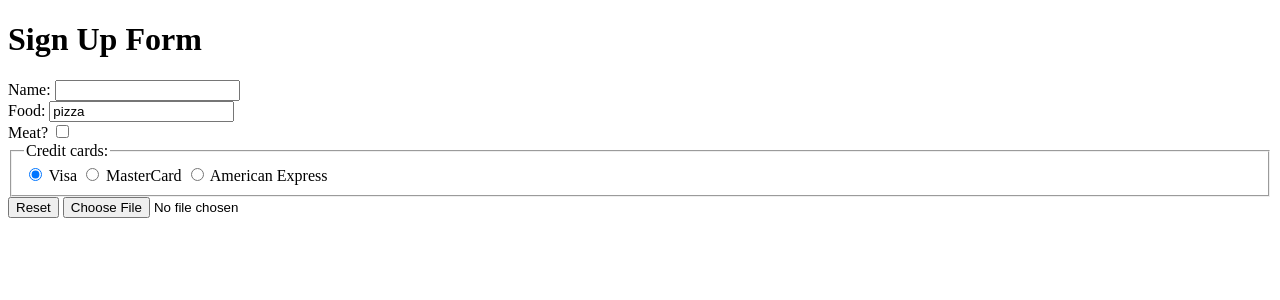
Repository: FWBMKII/csc207
Page: cnmb/cnmb.html
These files come from the project's save history. The page is drawn as it stood at one moment and after a run of saves; the edit follows.
The browser window is 1280 px wide. The pictures show the whole page.

Above is the page before, as saved 2015-04-27 14:23:12.

### cnmb/cnmb.html
<!DOCTYPE html PUBLIC "-//W3C//DTD HTML 4.01 Transitional//EN" "http://www.w3.org/TR/html4/loose.dtd">
<html>
<head>
<meta http-equiv="Content-Type" content="text/html; charset=UTF-8">
<title>（╯‵□′）╯︵┴─┴</title>
</head>
<body>
	<h1>Sign Up Form</h1>
	<form action="http://www.google.com/search">
	Name: <input type="text" name="name" /> <br/>
	Food: <input type="text" name="meal" value="pizza" />
	<br/>
	<label>Meat? <input type="checkbox" name="meat" /></label>
	<br/>
	<fieldset>
		<legend>Credit cards:</legend>
		<input type="radio" name="cc" value="visa" checked="checked" /> Visa
		<input type="radio" name="cc" value="mastercard" /> MasterCard
		<input type="radio" name="cc" value="amex" /> American Express
	</fieldset>
	<input type="reset" />
	<input type="file" name="avatar" />
	</form>
</body>
</html>

After the next 2 saves:
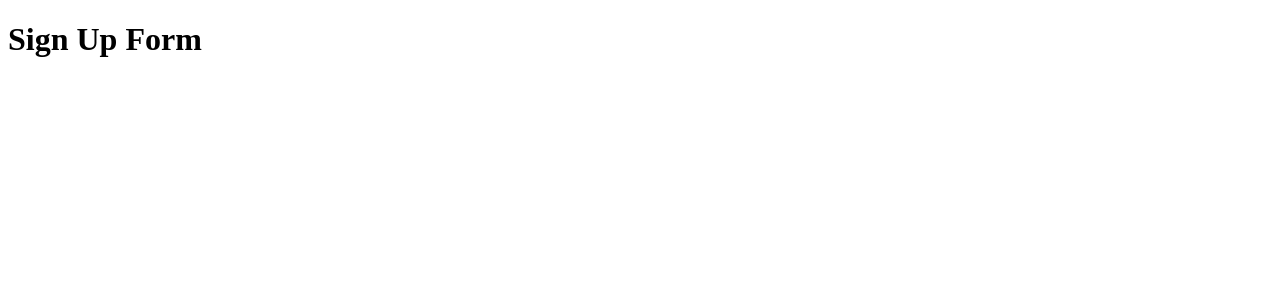
The 2 saves are shown as one change because they came seconds apart.
The last was saved 4 h 57 min later.
--- a/cnmb/cnmb.html
+++ b/cnmb/cnmb.html
@@ -6,20 +6,8 @@
 </head>
 <body>
 	<h1>Sign Up Form</h1>
-	<form action="http://www.google.com/search">
-	Name: <input type="text" name="name" /> <br/>
-	Food: <input type="text" name="meal" value="pizza" />
-	<br/>
-	<label>Meat? <input type="checkbox" name="meat" /></label>
-	<br/>
-	<fieldset>
-		<legend>Credit cards:</legend>
-		<input type="radio" name="cc" value="visa" checked="checked" /> Visa
-		<input type="radio" name="cc" value="mastercard" /> MasterCard
-		<input type="radio" name="cc" value="amex" /> American Express
-	</fieldset>
-	<input type="reset" />
-	<input type="file" name="avatar" />
+	<form action="cnmb.php">
+
 	</form>
 </body>
 </html>
